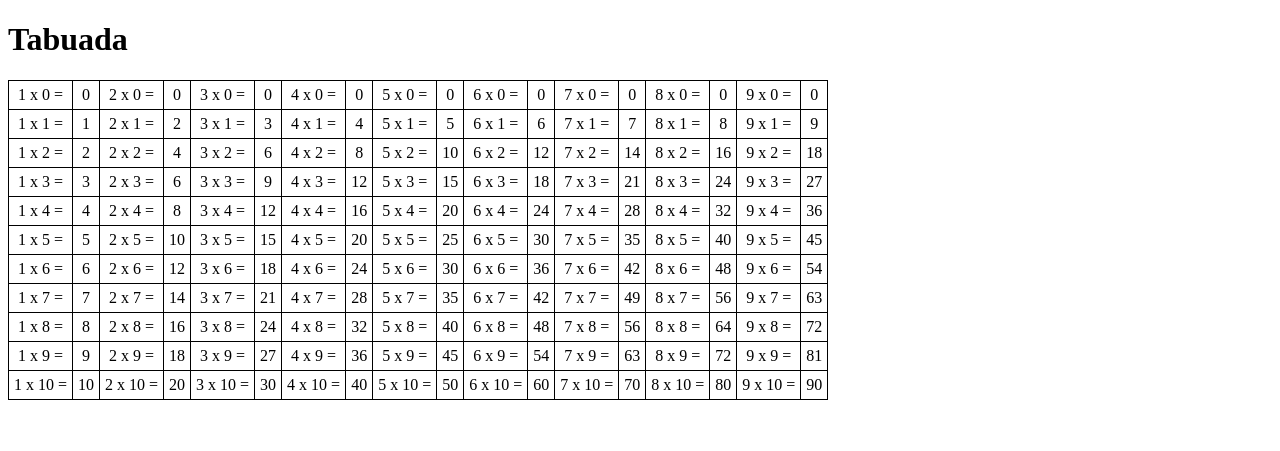
Repository: JulioCesarSF/Java
Page: http://localhost/Exercicio_02-JSPs/tabuada.jsp
An editor plug-in stored every save of this project. The page is shown before and after the next save, followed by the edit.
The browser window is 1280 px wide. The pictures show the whole page.
The page is served by Tomcat 9.

Above is the page before, as saved 2016-08-17 18:45:30.

### ProjetosFaculdade/Thiago/Exercicio_02-JSPs/WebContent/tabuada.jsp
<%@page import="org.apache.jasper.tagplugins.jstl.core.Out"%>
<%@ page language="java" contentType="text/html; charset=ISO-8859-1"
	pageEncoding="ISO-8859-1"%>
<!DOCTYPE html PUBLIC "-//W3C//DTD HTML 4.01 Transitional//EN" "http://www.w3.org/TR/html4/loose.dtd">
<html>
<head>
<meta http-equiv="Content-Type" content="text/html; charset=ISO-8859-1">
<title>Tabuada</title>
<link rel="" type="">
<link rel="stylesheet" type="text/css" href="estilo.css">
</head>
<body>
	<div>
		<h1>Tabuada</h1>
	</div>

	<table>

		<%
			int n = 1;
			for (int i = 0; i < 11; i++) {
				System.out.println(n + " x " + i + " = " + (n*i));
		%>

		<tr>
			<td><%=n%> x <%=i%> =</td>
			<td><%=n*i%>

			<% n++; %>
			<td><%=n%> x <%=i%> =</td>
			<td><%=n*i%>

			<% n++; %>
			<td><%=n%> x <%=i%> =</td>
			<td><%=n*i%>

			<% n++; %>
			<td><%=n%> x <%=i%> =</td>
			<td><%=n*i%>

			<% n++; %>
			<td><%=n%> x <%=i%> =</td>
			<td><%=n*i%>

			<% n++; %>
			<td><%=n%> x <%=i%> =</td>
			<td><%=n*i%>

			<% n++; %>
			<td><%=n%> x <%=i%> =</td>
			<td><%=n*i%>

			<% n++; %>
			<td><%=n%> x <%=i%> =</td>
			<td><%=n*i%>

			<% n++; %>
			<td><%=n%> x <%=i%> =</td>
			<td><%=n*i%>

		</tr>

		<%
			n = 1;
			}
		%>

	</table>

</body>
</html>

### ProjetosFaculdade/Thiago/Exercicio_02-JSPs/WebContent/estilo.css
table{
	border-collapse: collapse;
}

td{
	border: 1px solid black;
	padding: 5px;
	text-align: center;
}

ul.menu li{
	display : inline;
	padding: 15px;
}

ul.menu a{
	text-decoration: none;
	color:red;
}

After the next save:
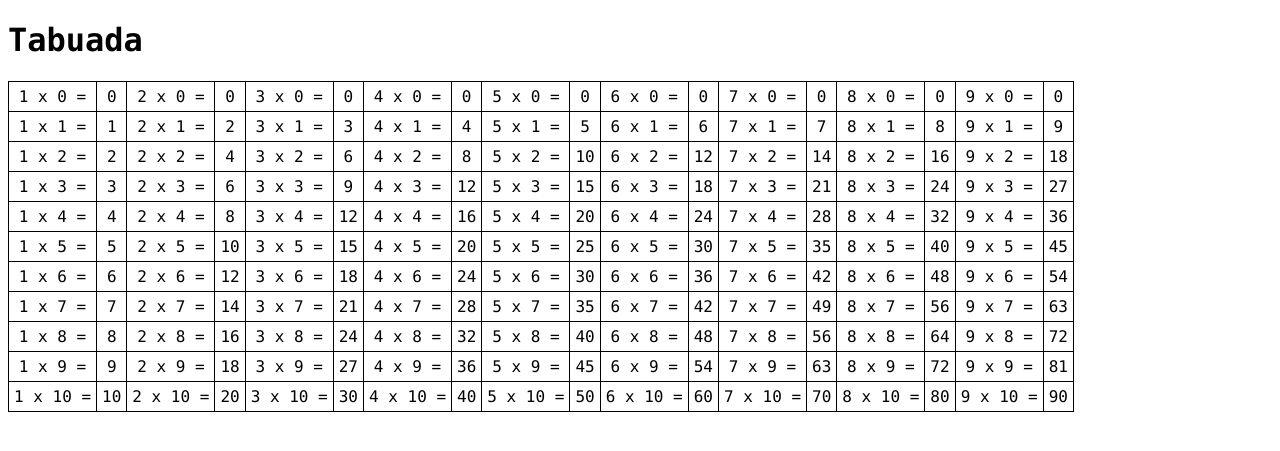
Saved 24 s later.
--- a/ProjetosFaculdade/Thiago/Exercicio_02-JSPs/WebContent/estilo.css
+++ b/ProjetosFaculdade/Thiago/Exercicio_02-JSPs/WebContent/estilo.css
@@ -1,3 +1,7 @@
+body{
+	font-family: Consolas, Arial;
+}
+
 table{
 	border-collapse: collapse;
 }
